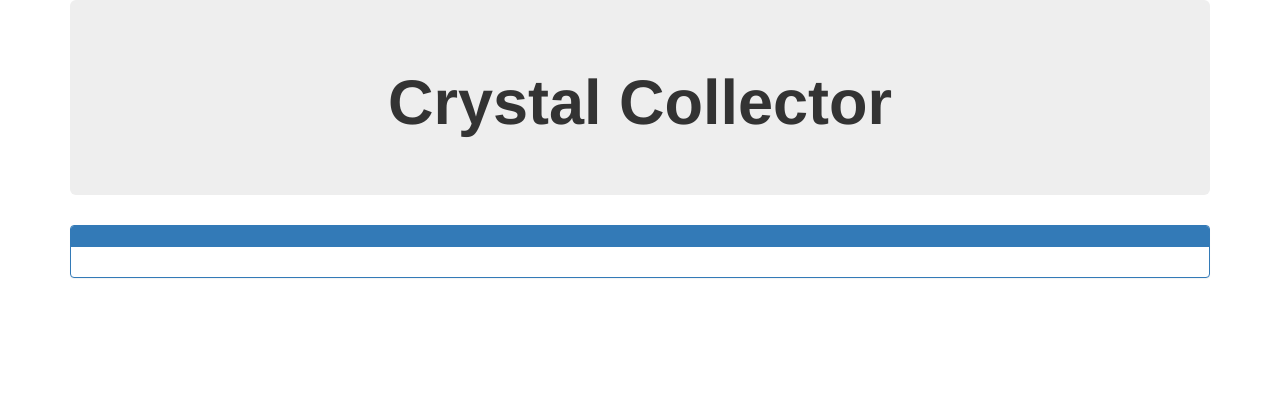
Repository: mikecherry1/week-4-game
Page: index.html
An editor plug-in stored every save of this project. The page is shown before and after the next save, followed by the edit.
The browser window is 1280 px wide. The pictures show the whole page.

Above is the page before, as saved 2017-11-19 18:18:06.

After the next save:
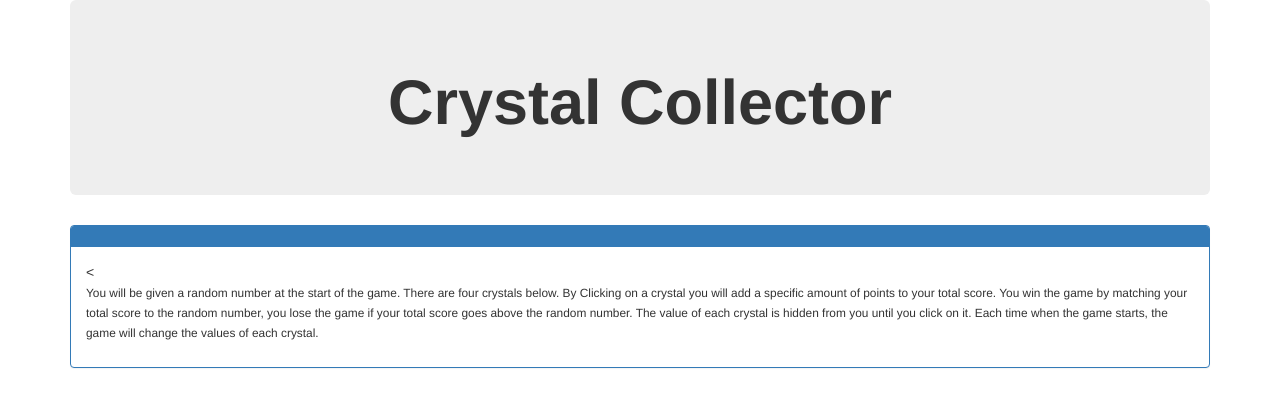
Saved 3 min 28 s later.
--- a/index.html
+++ b/index.html
@@ -29,6 +29,7 @@
                     <h3 class="panel-title text-center"<Instructions></h3>
                 </div>
                 <div class="panel-body">
+                    <<p><small>You will be given a random number at the start of the game. There are four crystals below. By Clicking on a crystal you will add a specific amount of points to your total score. You win the game by matching your total score to the random number, you lose the game if your total score goes above the random number. The value of each crystal is hidden from you until you click on it. Each time when the game starts, the game will change the values of each crystal.</small></p>
             </div>
 
 
